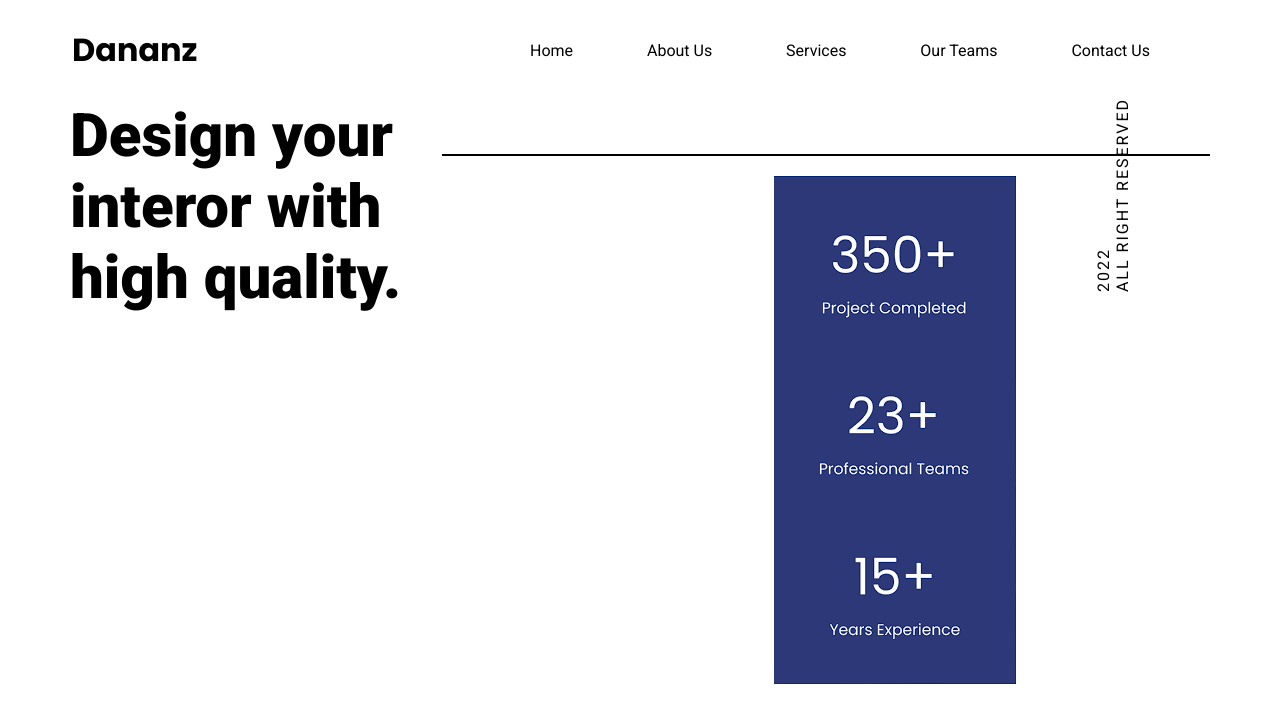
Repository: AsadKasimov/disain
Page: index.html
An editor plug-in stored every save of this project. The page is shown before and after a run of saves, followed by the edit.
The browser window is 1280 px wide. The pictures show the whole page.

Above is the page before, as saved 2023-04-20 12:50:01.

### index.html
<!DOCTYPE html>
<html lang="en">
<head>
    <meta charset="UTF-8">
    <meta http-equiv="X-UA-Compatible" content="IE=edge">
    <meta name="viewport" content="width=device-width, initial-scale=1.0">
    <title>F</title>
    <link rel="stylesheet" href="./style.css">
</head>
<body>

    <div class="wrapper">
        <header class="header">
            <!-- Шапка -->
            <div class="logo">
                <img src="./img/Dananz.png" alt="">
            </div>

            <!-- Меню сайта -->
            <nav class="nav">
                <ul>
                    <li>Home</li>
                    <li>About Us</li>
                    <li>Services</li>
                    <li>Our Teams</li>
                    <li>Contact Us</li>

                </ul>
            </nav>

            <!-- Иконка бургерменю -->
            <div class="burger">
                <span></span>
            </div>
        </header>
        <div class="menu">
            <div class="text-menu">
                <h1>Design your interor with high quality.</h1>
            </div>
            <div class="text-line">
                <hr class="text-line-l">
                <div class="h-pic">
                    <img src="./img/rec.png" alt="">
                    <div class="img-t">
                        <p>2022<br>ALL RIGHT RESERVED</p>
                    </div>
                </div>

            </div>


        </div>
        <div class="h-pic2">
            <img src="./img/rec.png" alt="">
        </div>
    </div>



    <script>
        document.querySelector('.burger').addEventListener('click', function() {
            this.classList.toggle('active');
            document.querySelector('.nav').classList.toggle('open');
        })
    </script>
</body>
</html>

### style.css
@import url('https://fonts.googleapis.com/css2?family=Roboto:ital,wght@0,100;0,300;0,400;0,500;0,900;1,100;1,300;1,400;1,500;1,700;1,900&display=swap');

html, body {
  height: 100%;
  width: 100%;

}

body {
  display: flex;
  flex-direction: column;
  font-family: 'Roboto', sans-serif;
  background-color: #fff;
  /* overflow: hidden; */

}

*{
  padding: 0;
  margin: 0;
  box-sizing: border-box;
}

.wrapper{
  flex-grow: 1;
}

.open{
  display: flex !important;
}

.header{
  display: flex;
  align-items: center;
  justify-content: space-between;
  min-height: 100px;
  background-color: #fff;
  color: #000;
  padding: 0 90px;
}

.logo{
  display: flex;
  justify-content: center;
  flex-direction: column;
  align-items: center;

  width: 90px;
  height: 90px;
}

.nav{
  display: flex;
  width: 700px;
  padding: 0 40px;
}

.nav ul{
  width: 100%;
  list-style: none;
  display: flex;
  justify-content: space-between;
}

.burger{
  display: none;
  position: relative;
  z-index: 50;
  align-items: center;
  justify-content: flex-end;
  width: 30px;
  height: 18px;
}

.burger span{
  height: 2px;
  width: 80%;
  transform: scale(1);
  background-color: #000;
}

.burger::before, .burger::after{
  content: '';
  position: absolute;
  height: 2px;
  width: 100%;
  background-color: #000;
  transition: all 0.3s ease 0s;
}

.burger::before { top: 0 }

.burger::after { bottom: 0 }


.burger.active span { transform: scale(0) }

.burger.active::before{
  top: 50%;
  transform: rotate(-45deg) translate(0, -50%);
}

.burger.active::after{
  bottom: 50%;
  transform: rotate(45deg) translate(0, 50%);
}

h1 {
  display: block;
  font-size: 2em;
  margin-block-start: 0;
  margin-block-end: 0;
  margin-inline-start: 0px;
  margin-inline-end: 0px;
  font-weight: bold;
}

.menu{
  display: flex;
  justify-content: flex-start;
  padding: 0 70px;
  align-items:baseline;

}

.text-menu{
  font-weight: 700;
  font-size: 30px;
  width: 500px;
}

hr.text-line-l{
  border: 1px solid black;
  width: 60vw;

}

.text-line{
  display: flex;
  flex-direction: column;
  gap: 20px;
}

.h-pic2{
  display: none;
}

.h-pic{
  display: flex;
  justify-content: flex-end;

}

.img-t p{
  text-transform: uppercase;
  letter-spacing: 2px;
  transform: rotate(-90deg);
  display: flex;
  justify-content: flex-start;
  align-items: center;
}

@media (max-width: 700px) {

  .h-pic{
    display: none;
  }


  .h-pic2{
    display: block;
  }


  hr.text-line-l {
    border: 1px solid black;
    height: 100%;
    width: 0px;
  }



  .menu{
    display: flex;
    justify-content: flex-start;
    padding: 0 20px;
    align-items:normal;
    gap: 23%;
  }

  .text-menu{
    width: 70%;
    font-size: 22px;

  }

  .header{
    display: flex;
    align-items: center;
    justify-content: space-between;
    min-height: 100px;
    background-color: #fff;
    color: #000;
    padding: 0 40px;
  }

  .nav{
    display: flex;
    width: 700px;
    padding: 0 40px;
  }

  .burger { display: flex }

  .nav{
      display: none;
      flex-direction: column;
      position: fixed;
      height: 100%;
      width: 100%;
      top: 0; bottom: 0; left: 0; right: 0;
      z-index: 50;
      overflow-y: auto;
      padding: 50px 40px;
      background-color: ghostwhite;

  }

  .nav ul{
      flex-direction: column;
      row-gap: 30px;
  }
}

After the next 4 saves:
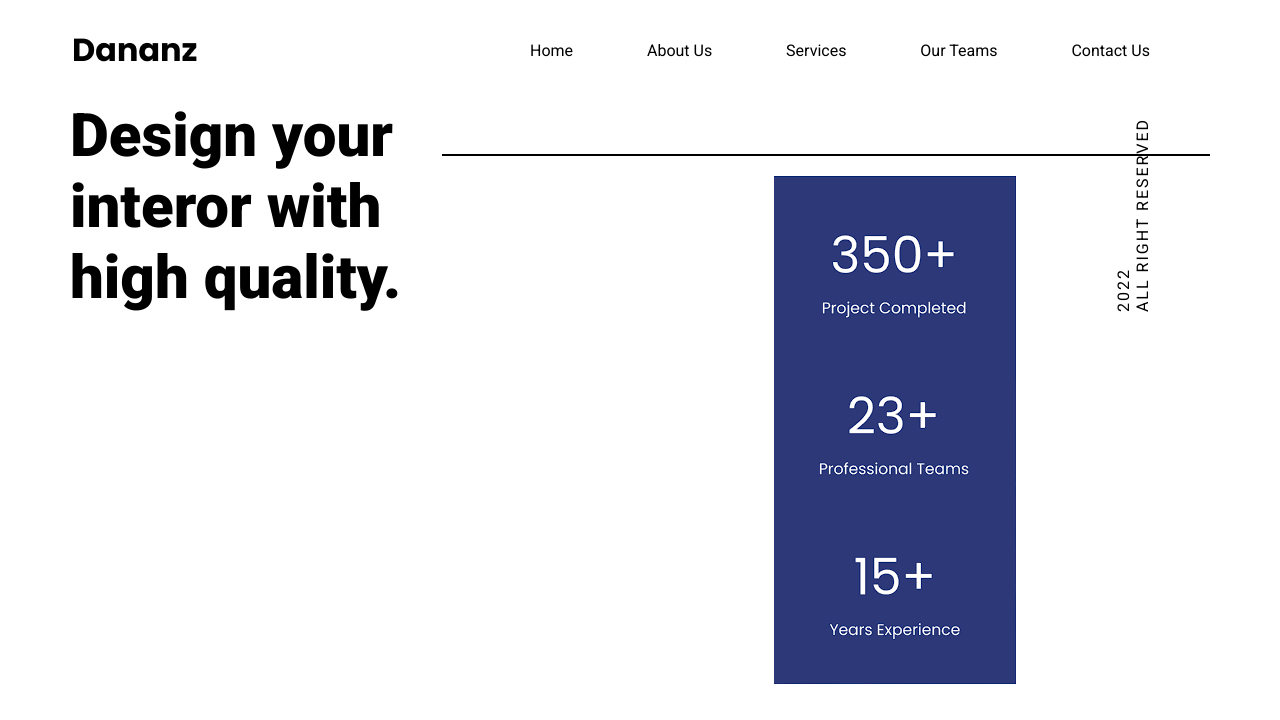
The 4 saves are shown as one change because they came seconds apart.
The last was saved 38 s later.
--- a/style.css
+++ b/style.css
@@ -152,6 +152,7 @@ hr.text-line-l{
 }
 
 .img-t p{
+  padding-top: 40px;
   text-transform: uppercase;
   letter-spacing: 2px;
   transform: rotate(-90deg);
